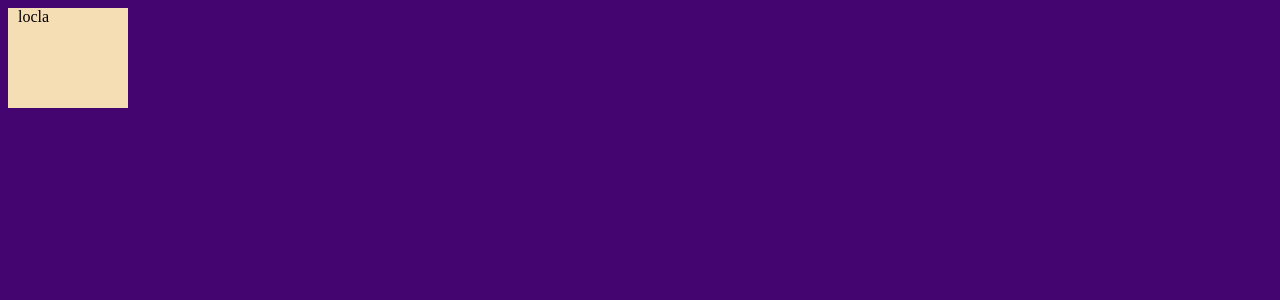
Repository: 16-Doffy/howtouse-htmlcss
Page: code_giaodien/index.html
The author's editor kept a copy of each file at every save. The page is drawn from the files as they stood at one save, then again after the next save.
The browser window is 1280 px wide. The pictures show the whole page.

Above is the page before, as saved 2024-12-18 21:49:10.

After the next save:
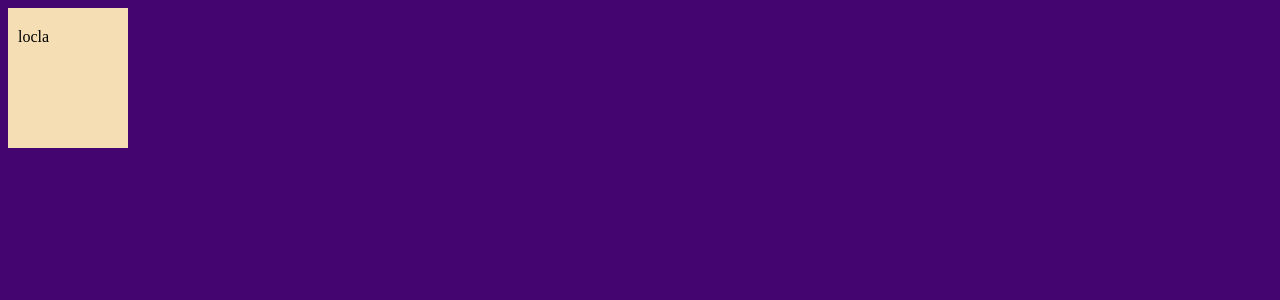
Saved 12 s later.
--- a/code_giaodien/styles.css
+++ b/code_giaodien/styles.css
@@ -30,4 +30,5 @@ body{
   /* margin-block:20px; */
   /* margin-block > top and bottom*/
   padding-inline: 10px;
+  padding-block: 20px;
 }
